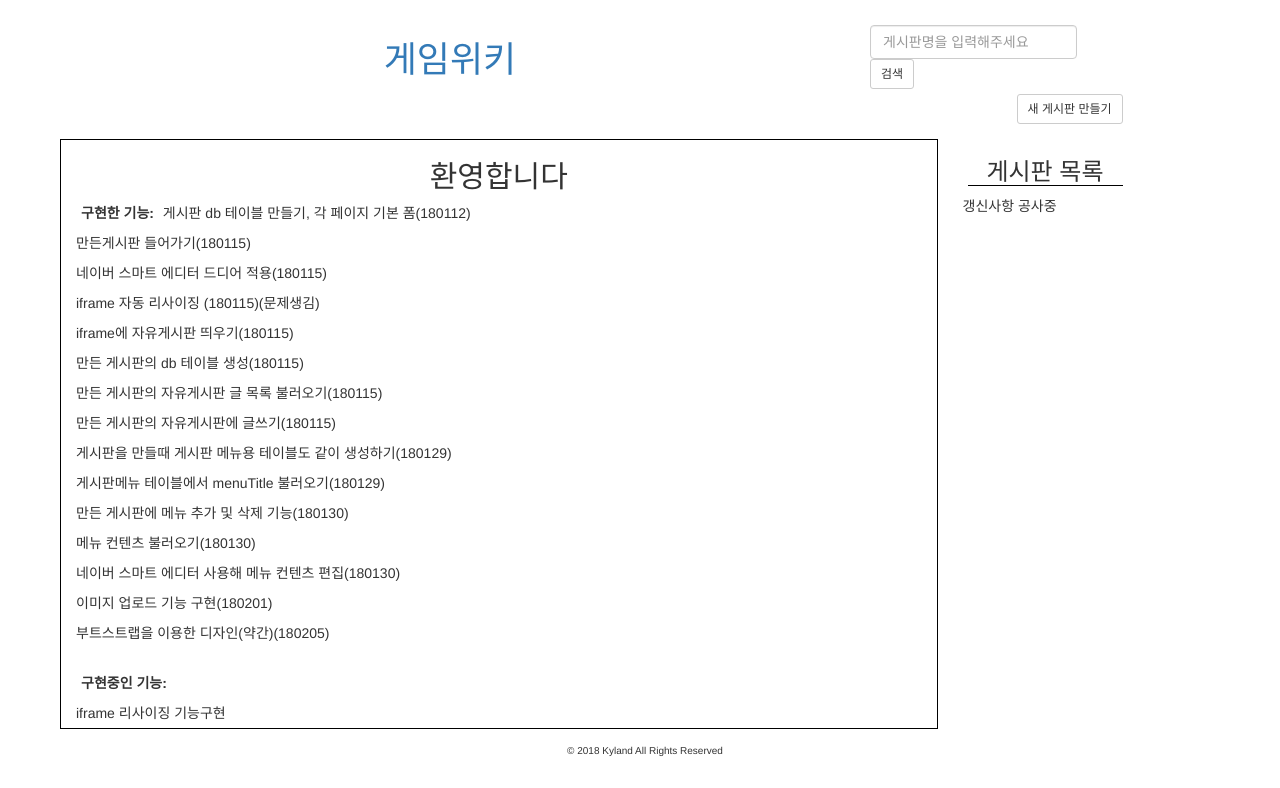
Repository: sithslord/GameWiki
Page: http://localhost/JSPBoard/MainPage/Main.jsp
An editor plug-in stored every save of this project. The page is shown before and after the next save, followed by the edit.
The browser window is 1280 px wide. The pictures show the whole page.
An inner scrolling area shows only its first screen. The page is served by Tomcat 9. Other server files are loaded and not shown.

Above is the page before, as saved 2018-02-05 08:42:20.
Console error (its wording comes from the project's code and is left out).

### ReWork/JSPBoard/WebContent/MainPage/Main.jsp
<%@ page language="java" contentType="text/html; charset=EUC-KR"
	pageEncoding="EUC-KR"%>
<%@ taglib prefix="c" uri="http://java.sun.com/jsp/jstl/core"%>

<!DOCTYPE html PUBLIC "-//W3C//DTD HTML 4.01 Transitional//EN" "http://www.w3.org/TR/html4/loose.dtd">
<html>
<head>
<meta http-equiv="Content-Type" content="text/html; charset=EUC-KR">
<title>게임 위키</title>
<link rel="stylesheet" href="../css/bootstrap.css">
<script src="../js/bootstrap.js"></script>

<style type="text/css">
* {
	margin: 5px;
	padding: 0;
}

#info {
	height: 590px;
	border: 1px solid black;
	overflow: scroll;
}

#news {
	height: auto;
}

#news h3 {
	border-bottom: 1px solid black;
}


#copyright {
	font-size: 10px;
}

.hyper {
	link {text-decoration: none;
	color: black;
}

visitied {
	text-decoration: none;
	color: black;
}

action {
	text-decoration: none;
	color: black;
}

hover {
	text-decoration: none;
	color: black;
}
}
</style>
</head>
<body>
	<div class="container">
		<div class="row">
			<div id="banner" class="col-sm-8">
				<a class="hyper" href="main.do" align="center"><h1>게임위키</h1></a>
			</div>
			<div id="srch" class="col-sm-3">
				<form action="search" method="post" class="form-inline">
					<input type="text" name="srch" class="form-control" placeholder="게시판명을 입력해주세요"> <input
						type="button" onclick="location.href ='../MainPage/NotReady.jsp'" class="btn btn-default btn-sm" value="검색">
				</form>

				<form action="makeboard.do" method="post">
					<input type="submit" class="btn btn-default btn-sm pull-right" value="새 게시판 만들기">
				</form>
			</div>
		</div>

	<div class="row">
		<div id="info" class="col-sm-9">
			<h2 align="center">환영합니다</h2>

			<p>
				<strong>구현한 기능:</strong> 게시판 db 테이블 만들기, 각 페이지 기본 폼(180112)
			</p>
			<p>만든게시판 들어가기(180115)</p>
			<p>네이버 스마트 에디터 드디어 적용(180115)</p>
			<p>iframe 자동 리사이징 (180115)(문제생김)</p>
			<p>iframe에 자유게시판 띄우기(180115)</p>
			<p>만든 게시판의 db 테이블 생성(180115)</p>
			<p>만든 게시판의 자유게시판 글 목록 불러오기(180115)</p>
			<p>만든 게시판의 자유게시판에 글쓰기(180115)</p>
			<p>게시판을 만들때 게시판 메뉴용 테이블도 같이 생성하기(180129)</p>
			<p>게시판메뉴 테이블에서 menuTitle 불러오기(180129)</p>
			<p>만든 게시판에 메뉴 추가 및 삭제 기능(180130)</p>
			<p>메뉴 컨텐츠 불러오기(180130)</p>
			<p>네이버 스마트 에디터 사용해 메뉴 컨텐츠 편집(180130)</p>
			<p>이미지 업로드 기능 구현(180201)</p>
			<p>부트스트랩을 이용한 디자인(약간)(180205)</p>

			</br>
			<p>
				<strong>구현중인 기능:</strong>
			</p>
			<p>iframe 리사이징 기능구현</p>
			<p>connection Pool</p>
			<p>검색기능</p>
			</br>

			<p>
				<strong>문제:</strong> crate테이블 작동안함(테이블 이름에 ' ' 가 입력되어 쿼리
				오류)...(180117)(해결)
			</p>
			<p>해결방법 = String 쿼리를 나눠서 나중에 합쳐서 입력</p>
			<p>한글 입력이 ??? 로 표시(180117) ->해결(180118)</p>
			<p>모든 jsp페이지를 euc-kr로 인코딩= 실패</p>
			<p>mysql 모든 인코딩을 euc-kr로 바꿈 = 실패</p>
			<p>원인=get방식때문 /해결방법=톰캣 server.xml에서 connector에
				URIEncoding="EUC-KR"추가해줌</p>
			<p>iframe자동 리사이징 작동불가(임시방편으로 스크롤로 대체)</p>
			<p>업로드한 이미지가 화면을 벗어나는 현상(해결)</p>
			</br>

			<p>
				<strong>보류중인 기능:</strong> 로그인
			</p>


		</div>

		<div id="news" class="col-sm-2">
			<h3 align="center">게시판 목록</h3>
			<c:forEach items="${news }" var="dto">
				<p>
					<a href="board_view.do?bdId=${dto.bdId }&bdTitle=${dto.bdTitle }">${dto.bdTitle }</a>
				</p>
			</c:forEach>

			<p>갱신사항 공사중</p>
		</div>
	</div>

	<div class="row">
	<div class="col-sm-12">

		<p align="center" id="copyright">&copy; 2018 Kyland All Rights Reserved</p>
	</div>
	</div>
	</div>



</body>
</html>

Loaded but not shown: ReWork/JSPBoard/WebContent/css/bootstrap.css (library); ReWork/JSPBoard/WebContent/js/bootstrap.js (library)

After the next save:
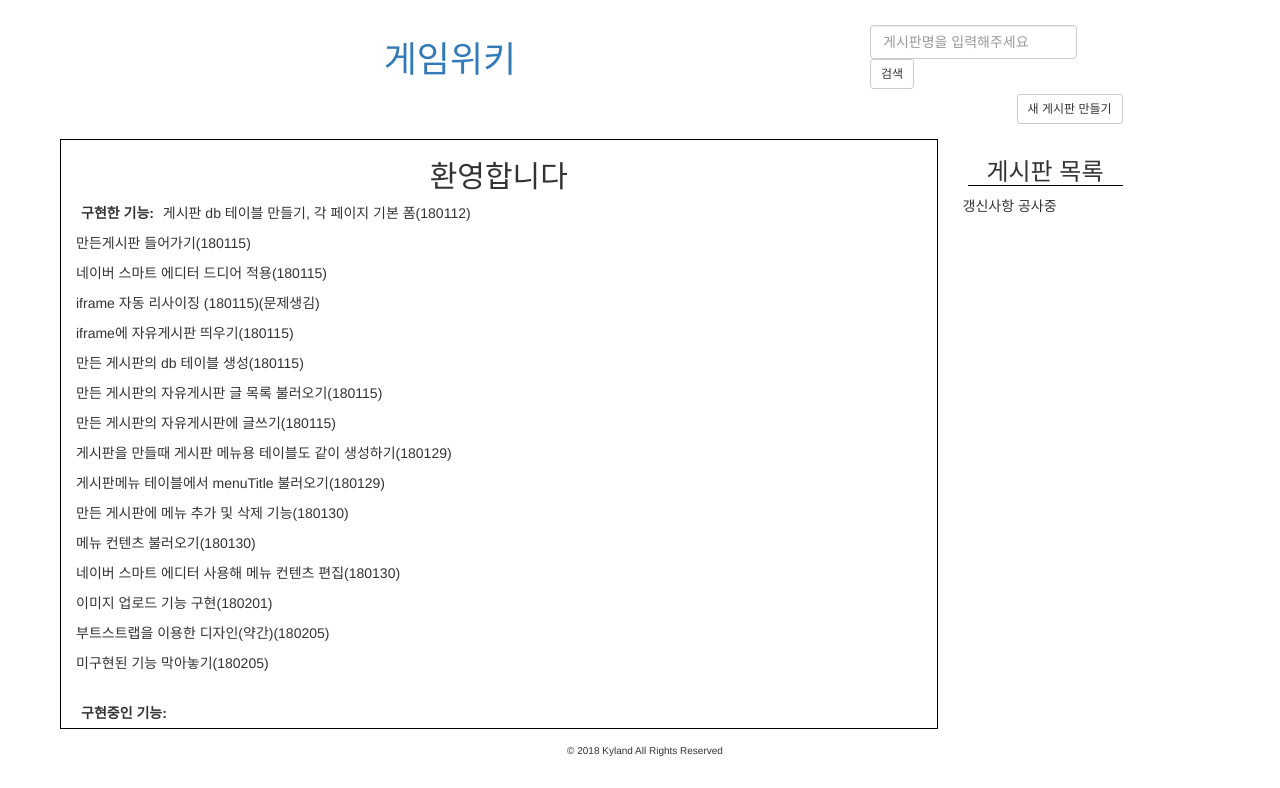
Saved 11 s later.
--- a/ReWork/JSPBoard/WebContent/MainPage/Main.jsp
+++ b/ReWork/JSPBoard/WebContent/MainPage/Main.jsp
@@ -96,6 +96,7 @@ hover {
 			<p>네이버 스마트 에디터 사용해 메뉴 컨텐츠 편집(180130)</p>
 			<p>이미지 업로드 기능 구현(180201)</p>
 			<p>부트스트랩을 이용한 디자인(약간)(180205)</p>
+			<p>미구현된 기능 막아놓기(180205)</p>
 
 			</br>
 			<p>
